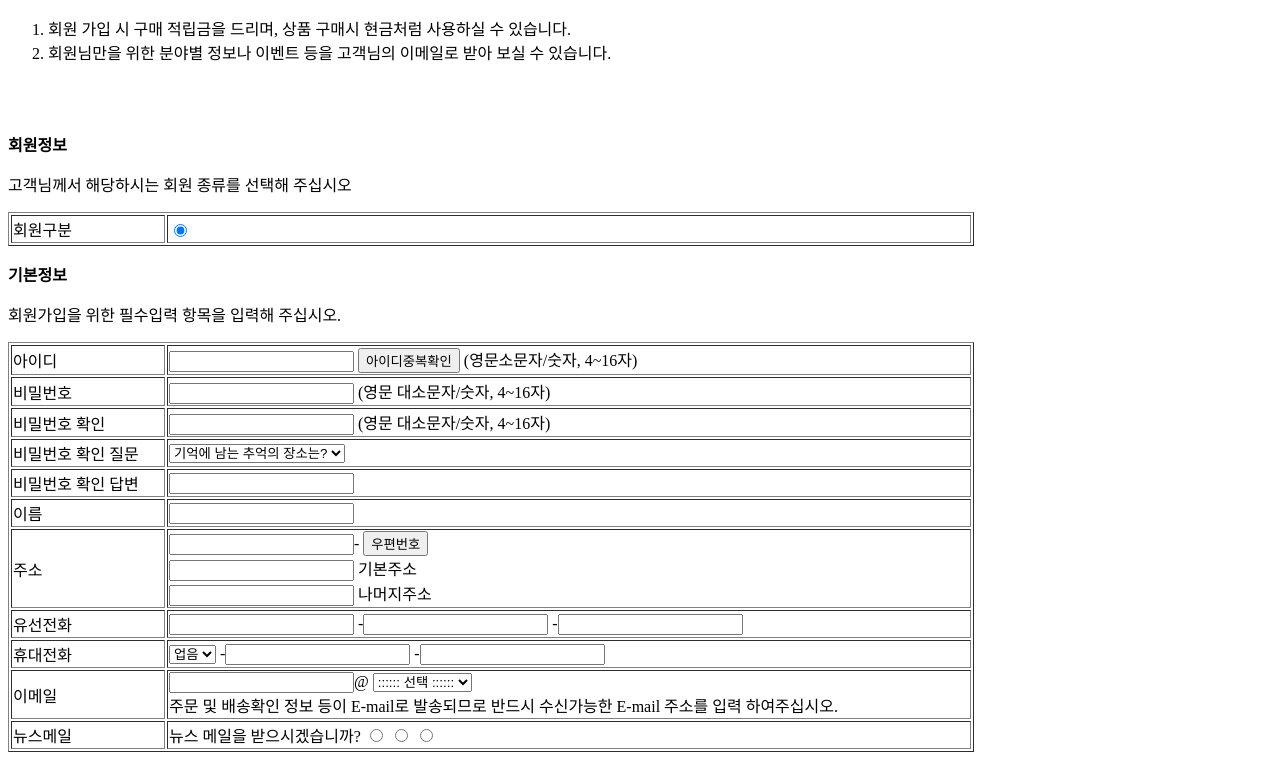
Repository: Leewonhoo/kostaweb
Page: Web_hello/WebContent/form.html
The author's editor kept a copy of each file at every save. The page is drawn from the files as they stood at one save, then again after the next save.
The browser window is 1280 px wide. The pictures show the whole page.

Above is the page before, as saved 2017-09-08 06:57:50.

### Web_hello/WebContent/form.html
<!DOCTYPE html PUBLIC "-//W3C//DTD HTML 4.01 Transitional//EN" "http://www.w3.org/TR/html4/loose.dtd">
<html>
<head>
<meta http-equiv="Content-Type" content="text/html; charset=EUC-KR">
<title>Form 예제</title>
</head>
<body>
	<ol>
		<li>회원 가입 시 구매 적립금을 드리며, 상품 구매시 현금처럼 사용하실 수 있습니다.</li>
		<li>회원님만을 위한 분야별 정보나 이벤트 등을 고객님의 이메일로 받아 보실 수 있습니다.</li>
	</ol>
	<br><br>
	<p><b>회원정보</b></p>
	<p>고객님께서 해당하시는 회원 종류를 선택해 주십시오</p>
	<table border="1">
		<tr>
			<td width="150px">회원구분</td>
			<td width="800px"><input type="radio" value="개인회원" checked="checked"></td>
		</tr>
	</table>
	<p><b>기본정보</b></p>
	<p>회원가입을 위한 필수입력 항목을 입력해 주십시오.</p>
	<table border="1">
		<tr>
			<td width="150px">아이디</td>
			<td width="800px">
				<input type="text" maxlength="20">
				<input type="button" value="아이디중복확인">
				(영문소문자/숫자, 4~16자)
			</td>
		</tr>
		<tr>
			<td width="150px">비밀번호</td>
			<td width="800px">
				<input type="password" maxlength="20">
				(영문 대소문자/숫자, 4~16자)
			</td>
		</tr>
		<tr>
			<td width="150px">비밀번호 확인</td>
			<td width="800px">
				<input type="password" maxlength="20">
				(영문 대소문자/숫자, 4~16자)
			</td>
		</tr>
		<tr>
			<td width="150px">비밀번호 확인 질문</td>
			<td width="800px">
				<select>
					<option>기억에 남는 추억의 장소는?</option>
				</select>
			</td>
		</tr>
		<tr>
			<td width="150px">비밀번호 확인 답변</td>
			<td width="800px">
				<input type="text" maxlength="20">
			</td>
		</tr>
		<tr>
			<td width="150px">이름</td>
			<td width="800px">
				<input type="text" maxlength="20">
			</td>
		</tr>
		<tr>
			<td width="150px">주소</td>
			<td width="800px">
				<input type="text" maxlength="10">-
				<input type="button" value="우편번호"><br>
				<input type="text" maxlength="30"> 기본주소<br>
				<input type="text" maxlength="30"> 나머지주소
			</td>
		</tr>
		<tr>
			<td width="150px">유선전화</td>
			<td width="800px">
				<input type="text" maxlength="8">
				-<input type="text" maxlength="8">
				-<input type="text" maxlength="8">
			</td>
		</tr>
		<tr>
			<td width="150px">휴대전화</td>
			<td width="800px">
				<select><option>업음</option></select>
				-<input type="text" maxlength="8">
				-<input type="text" maxlength="8">
			</td>
		</tr>
		<tr>
			<td width="150px">이메일</td>
			<td width="800px">
				<input type="text" maxlength="10">@
				<select>
					<option>:::::: 선택 ::::::</option>
				</select>
				<div>주문 및 배송확인 정보 등이 E-mail로 발송되므로 반드시 수신가능한 E-mail 주소를 입력
				하여주십시오.</div>
			</td>
		</tr>
		<tr>
			<td width="150px">뉴스메일</td>
			<td width="800px">
				뉴스 메일을 받으시겠습니까?
				<input type="radio" value="동의">
				<input type="radio" value="동의안함">
				<input type="radio" value="절대수신안함">
			</td>
		</tr>
	</table>
</body>
</html>

After the next save:
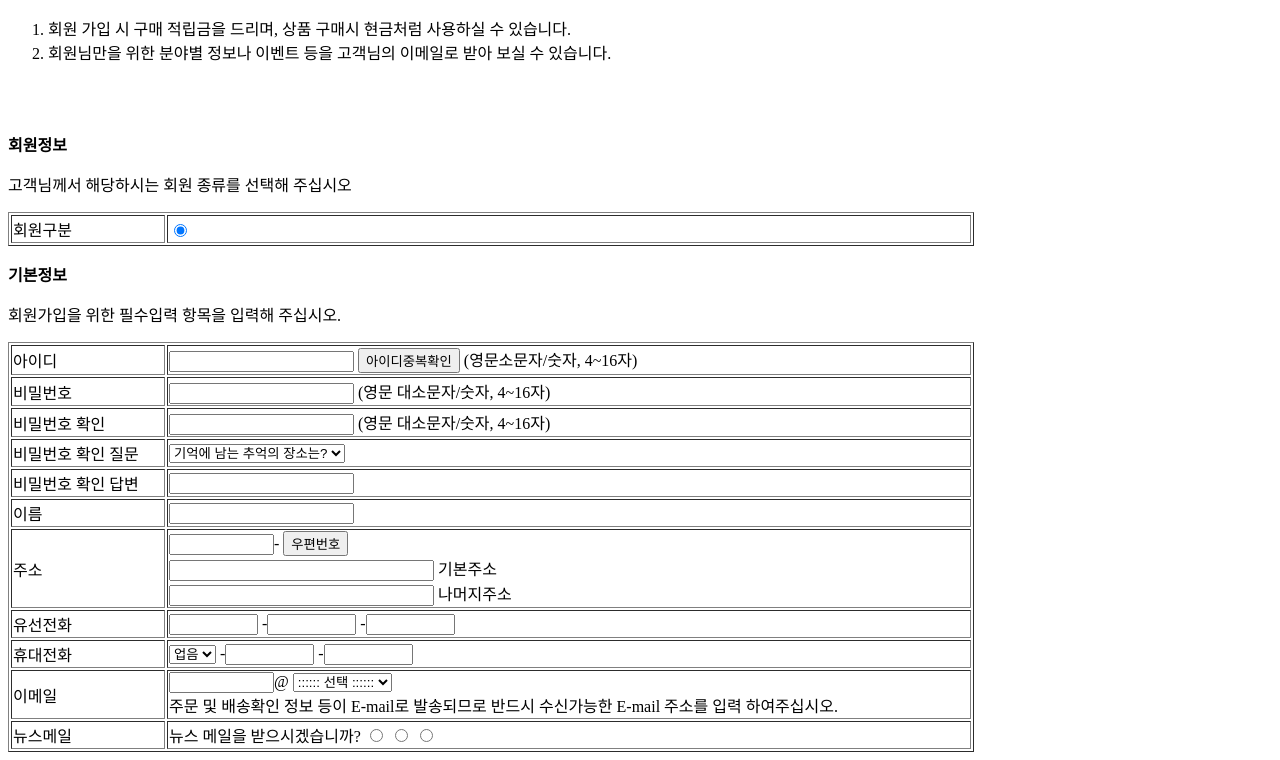
Saved 35 s later.
--- a/Web_hello/WebContent/form.html
+++ b/Web_hello/WebContent/form.html
@@ -24,7 +24,7 @@
 		<tr>
 			<td width="150px">아이디</td>
 			<td width="800px">
-				<input type="text" maxlength="20">
+				<input type="text" size="20">
 				<input type="button" value="아이디중복확인">
 				(영문소문자/숫자, 4~16자)
 			</td>
@@ -32,14 +32,14 @@
 		<tr>
 			<td width="150px">비밀번호</td>
 			<td width="800px">
-				<input type="password" maxlength="20">
+				<input type="password" size="20">
 				(영문 대소문자/숫자, 4~16자)
 			</td>
 		</tr>
 		<tr>
 			<td width="150px">비밀번호 확인</td>
 			<td width="800px">
-				<input type="password" maxlength="20">
+				<input type="password" size="20">
 				(영문 대소문자/숫자, 4~16자)
 			</td>
 		</tr>
@@ -54,44 +54,44 @@
 		<tr>
 			<td width="150px">비밀번호 확인 답변</td>
 			<td width="800px">
-				<input type="text" maxlength="20">
+				<input type="text" size="20">
 			</td>
 		</tr>
 		<tr>
 			<td width="150px">이름</td>
 			<td width="800px">
-				<input type="text" maxlength="20">
+				<input type="text" size="20">
 			</td>
 		</tr>
 		<tr>
 			<td width="150px">주소</td>
 			<td width="800px">
-				<input type="text" maxlength="10">-
+				<input type="text" size="10">-
 				<input type="button" value="우편번호"><br>
-				<input type="text" maxlength="30"> 기본주소<br>
-				<input type="text" maxlength="30"> 나머지주소
+				<input type="text" size="30"> 기본주소<br>
+				<input type="text" size="30"> 나머지주소
 			</td>
 		</tr>
 		<tr>
 			<td width="150px">유선전화</td>
 			<td width="800px">
-				<input type="text" maxlength="8">
-				-<input type="text" maxlength="8">
-				-<input type="text" maxlength="8">
+				<input type="text" size="8">
+				-<input type="text" size="8">
+				-<input type="text" size="8">
 			</td>
 		</tr>
 		<tr>
 			<td width="150px">휴대전화</td>
 			<td width="800px">
 				<select><option>업음</option></select>
-				-<input type="text" maxlength="8">
-				-<input type="text" maxlength="8">
+				-<input type="text" size="8">
+				-<input type="text" size="8">
 			</td>
 		</tr>
 		<tr>
 			<td width="150px">이메일</td>
 			<td width="800px">
-				<input type="text" maxlength="10">@
+				<input type="text" size="10">@
 				<select>
 					<option>:::::: 선택 ::::::</option>
 				</select>
